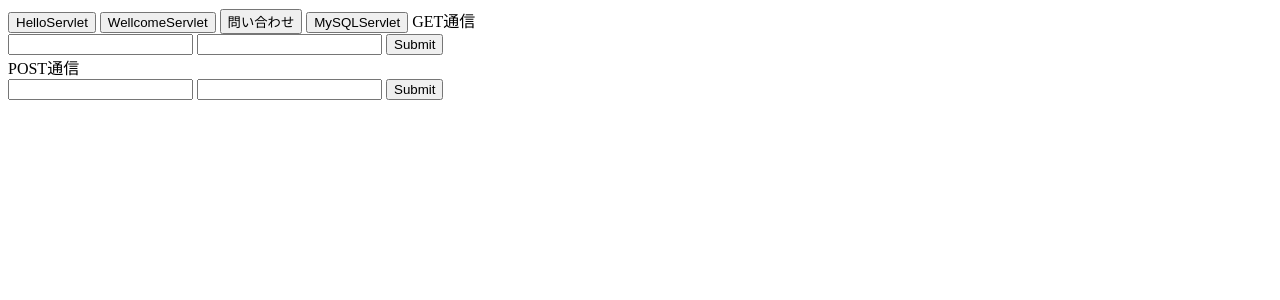
Repository: hirose0320/test
Page: http://localhost/HelloServlet/
The author's editor kept a copy of each file at every save. The page is drawn from the files as they stood at one save, then again after the next save.
The browser window is 1280 px wide. The pictures show the whole page.
The page is served by Tomcat 9.

Above is the page before, as saved 2019-02-19 05:04:04.

After the next save:
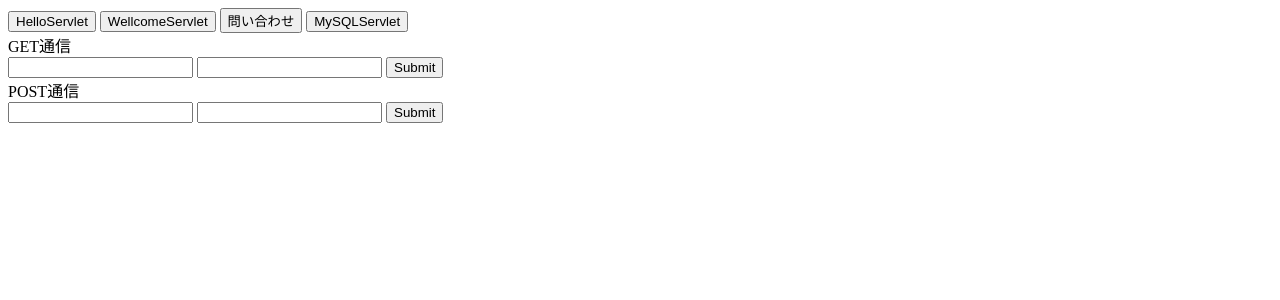
Saved 87 s later.
--- a/HelloServlet/WebContent/index.jsp
+++ b/HelloServlet/WebContent/index.jsp
@@ -13,7 +13,7 @@
 		onClick="location.href='welcome.jsp'">
 	<input type="button" value="問い合わせ"
 		onClick="location.href='inquiry.jsp'">
-	<input type="button" value="MySQLServlet" onClick="location.href='MySQLServlet'">
+	<input type="button" value="MySQLServlet" onClick="location.href='MySQLServlet'"><br>
 	GET通信
 	<form method="get" action="TestServlet">
 		<input type="text" name="username"> <input type="password"
